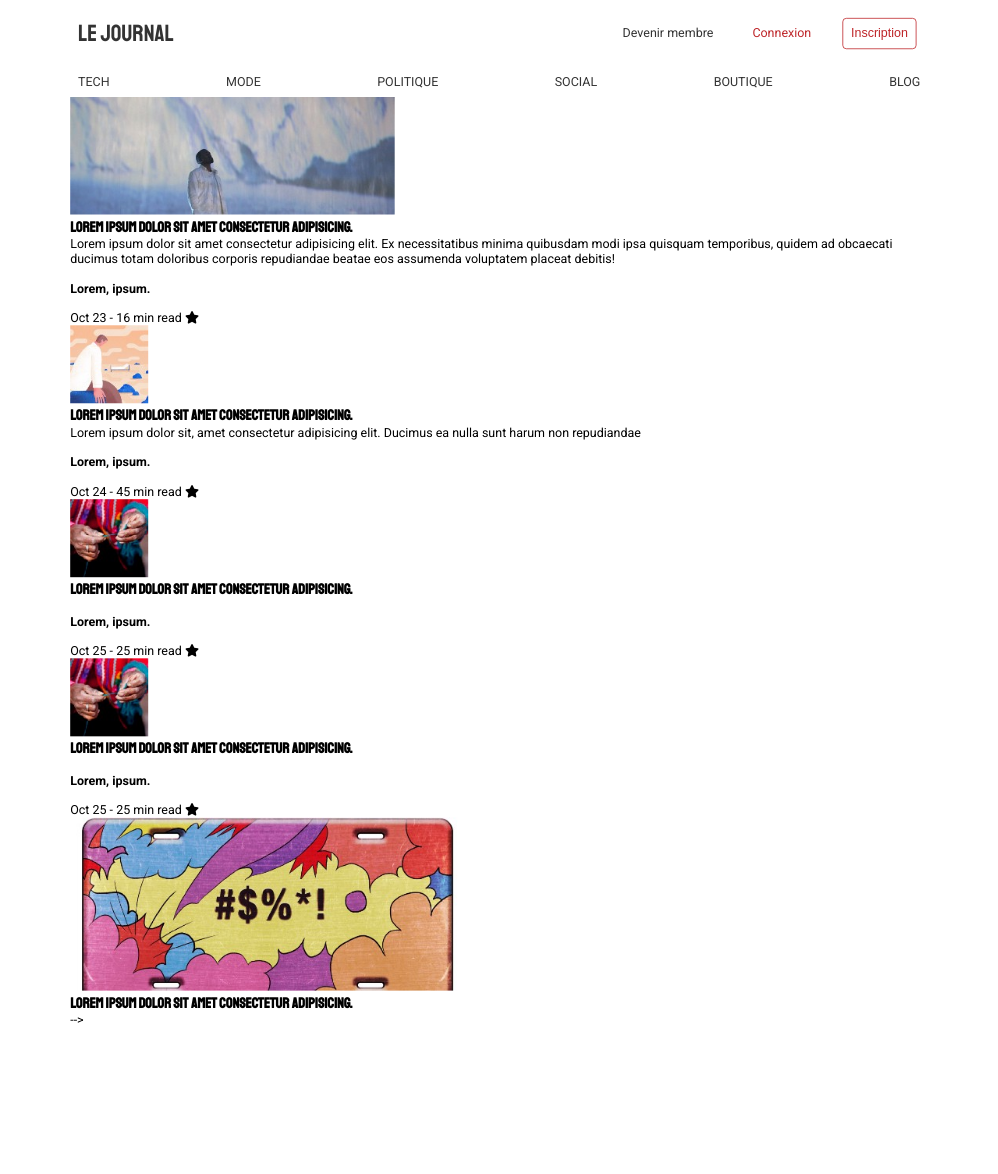
Repository: AmelYahyaoui/journal
Page: index.html
An editor plug-in stored every save of this project. The page is shown before and after the next save, followed by the edit.
The browser window is 1280 px wide. The pictures show the whole page, at 78% of full size.
Some web libraries are served in a nearby version.

Above is the page before, as saved 2024-10-08 14:06:26.

After the next save:
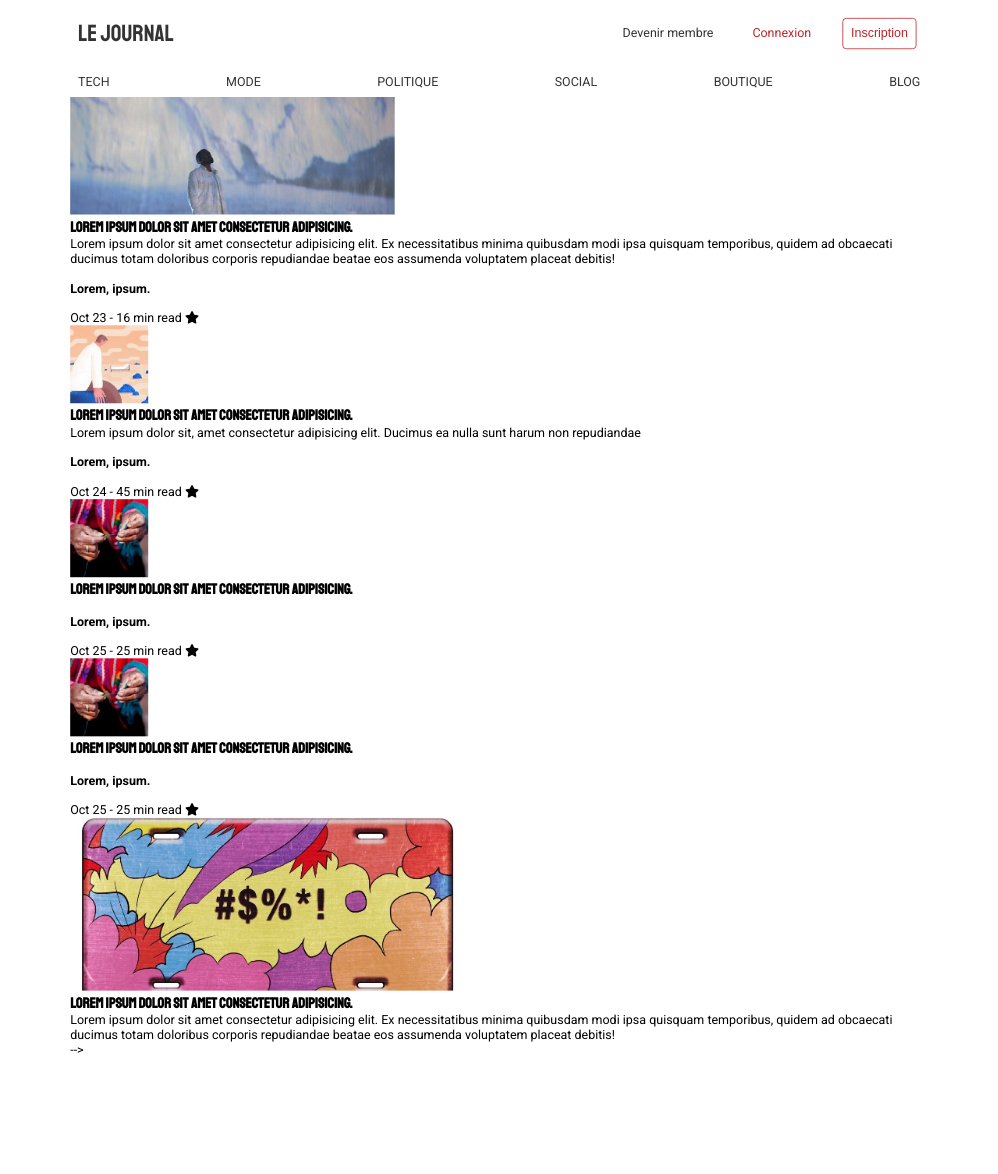
Saved 8 s later.
--- a/index.html
+++ b/index.html
@@ -89,7 +89,7 @@
     <article class="">
       <img src="img/img/bloc-5.jpeg" alt="">
       <h3>Lorem ipsum dolor sit amet consectetur adipisicing.</h3>
-      <p></p>
+      <p>Lorem ipsum dolor sit amet consectetur adipisicing elit. Ex necessitatibus minima quibusdam modi ipsa quisquam temporibus, quidem ad obcaecati ducimus totam doloribus corporis repudiandae beatae eos assumenda voluptatem placeat debitis!</p>
       <p></p>
       <p></p>
       <icons></icons>
